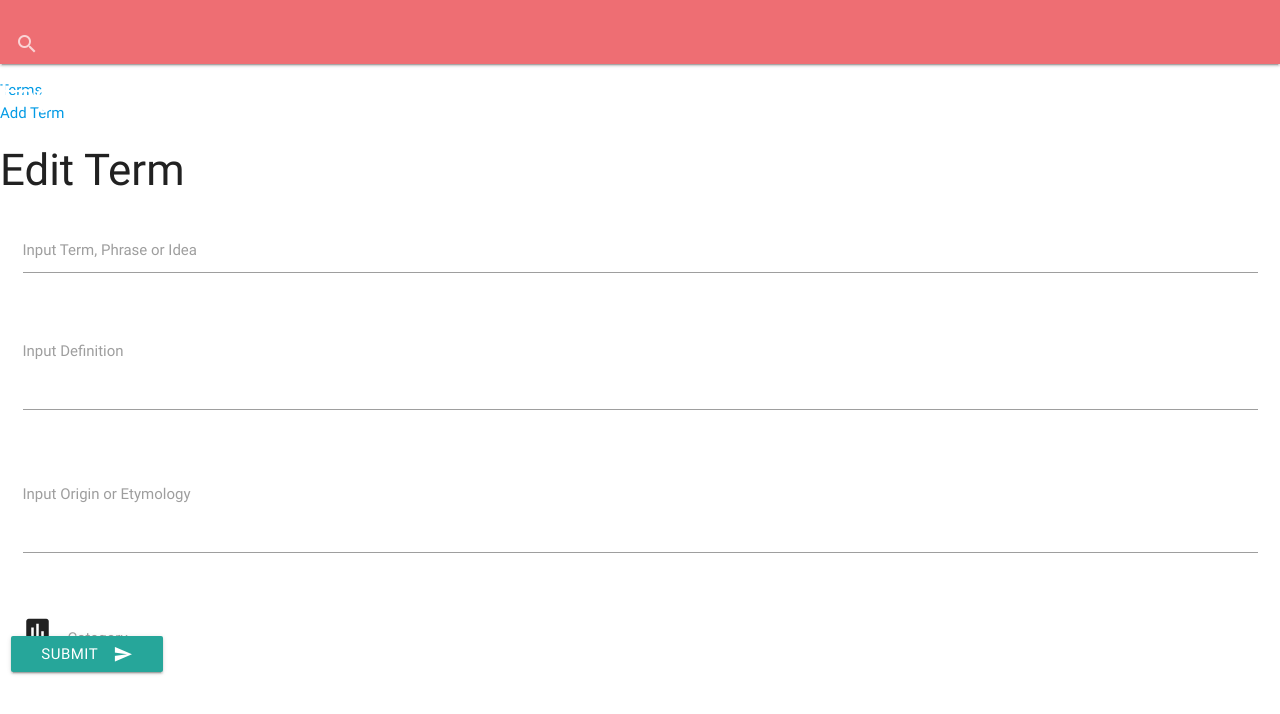
Repository: kalkiboru111/irish-dictionary-of-received-ideas
Page: templates/editterm.html
The author's editor kept a record of every edit. The page is drawn from the files as they stood at one moment, then again after the next edit.
The browser window is 1280 px wide. The pictures show the whole page.
Some web libraries are served in a nearby version. The page is served by the project's application, run on Flask 3 (app.py). The template is opened directly, without the code that normally fills it, so the values that code supplies are empty.

Above is the page before.

### templates/editterm.html
{% extends 'base.html' %} {% block content %}

<h3>Edit Term</h3>
<div class="row">
  <form action="{{ url_for('insert_term') }}" method='POST' class="col s12">
    <div class="row">
      <div class="input-field col s12">
        <input id="term_name" name="term_name" type="text" data-length="15">
        <label for="term_name">Input Term, Phrase or Idea</label>
      </div>
    </div>
    <div class="row">
      <div class="input-field col s12">
        <textarea id="term_definition" name="term_definition" class="materialize-textarea" data-length="120"></textarea>
        <label for="term_definition">Input Definition</label>
      </div>
    </div>
    <div class="row">
      <div class="input-field col s12">
        <textarea id="term_origin" name="term_origin" class="materialize-textarea" data-length="120"></textarea>
        <label for="term_origin">Input Origin or Etymology</label>
      </div>
    </div>
    <!-- Materialize select not currently functioning correctly. -->
    <div class="row">
      <div class="input-field col s12">
        <i class="material-icons prefix">poll</i>
        <select id="category" name="category_name">
            <option value="Select Category"disabled selected>Select Category</option>
            {% for cat in categories %}
            {% if cat.category_name == term.category_name %}
            <option value="{{cat.category_name}}" selected>{{cat.category_name}}</option>
            {% else %}
            <option value="{{cat.category_name}}">{{cat.category_name}}</option>
            {% endif %}
            {% endfor %}
          </select>
        <label>Category</label>
      </div>
    </div>
 <div class="row">
      <button class="btn waves-effect waves-light" type="submit" name="action">Submit
          <i class="material-icons right">send</i>
        </button>
    </div>

  </form>
</div>

{% endblock %}

### templates/base.html
<!DOCTYPE html>
<html>

<head>
    <link href="https://fonts.googleapis.com/icon?family=Material+Icons" rel="stylesheet">
    <link rel="stylesheet" href="https://cdnjs.cloudflare.com/ajax/libs/materialize/0.100.2/css/materialize.min.css">
    <link rel="stylesheet" href="{{url_for('static', filename='css/style.css')}}" type="text/css" />
</head>

<body>
    <nav>
        <div class="nav-wrapper">
            <form>
                <div class="input-field">
                    <input id="search" type="search" required>
                    <label class="label-icon" for="search"><i class="material-icons">search</i></label>
                    <i class="material-icons">close</i>
                </div>
            </form>
            <a href="#!" class="brand-logo">Logo</a>
            <a href="#" data-target="mobile-demo" class="sidenav-trigger"><i class="material-icons">menu</i></a>

            <ul class="right hide-on-med-and-down">
                <li><a href="terms.html">Terms</a></li>
                <li><a href="add_term.html">Add Term</a></li>
            </ul>
        </div>
    </nav>
    <ul class="sidenav" id="mobile-demo">
        <li><a href="terms.html">Terms</a></li>
        <li><a href="add_term.html">Add Term</a></li>
    </ul>

    {% block content %} {% endblock %}
    <script src="https://cdnjs.cloudflare.com/ajax/libs/jquery/3.2.1/jquery.min.js"></script>
    <script src="https://cdnjs.cloudflare.com/ajax/libs/materialize/0.100.2/js/materialize.min.js">
        $(document).ready(function() {
            $('.sidenav').sidenav();
            $('select').formSelect();
        });
    </script>

</body>

</html>

### app.py
import os
from flask import Flask, render_template, redirect, request, url_for
from flask_pymongo import PyMongo
from bson.objectid import ObjectId

app = Flask(__name__)

app.config['MONGO_DBNAME'] = 'irish_dictionary'
app.config["MONGO_URI"] = os.getenv("MONGO_URI")

mongo = PyMongo(app)

@app.route('/')

# View directs user to terms page
@app.route('/get_terms')
def get_terms():
    return render_template("terms.html",
    terms=mongo.db.terms.find())

@app.route('/add_term')
def add_term():
    return render_template("add_term.html",
    categories=mongo.db.categories.find())

@app.route('/insert_term', methods=['POST'])
def insert_term():
    terms = mongo.db.terms
    terms.insert_one(request.form.to_dict())
    return redirect(url_for('get_terms'))

@app.route('/editterm/<term_id>')
def editterm(term_id):
    the_term =  mongo.db.terms.find_one({"_id": ObjectId(term_id)})
    all_categories =  mongo.db.categories.find()
    return render_template('editterm.html', term=the_term,
                           categories=all_categories)

if __name__ == '__main__':
    app.run(host=os.environ.get('IP'),
            port=int(os.environ.get('PORT')),
            debug=True)

### static/css/style.css
/* body {
    background-color: red;
} */

After the next edit:
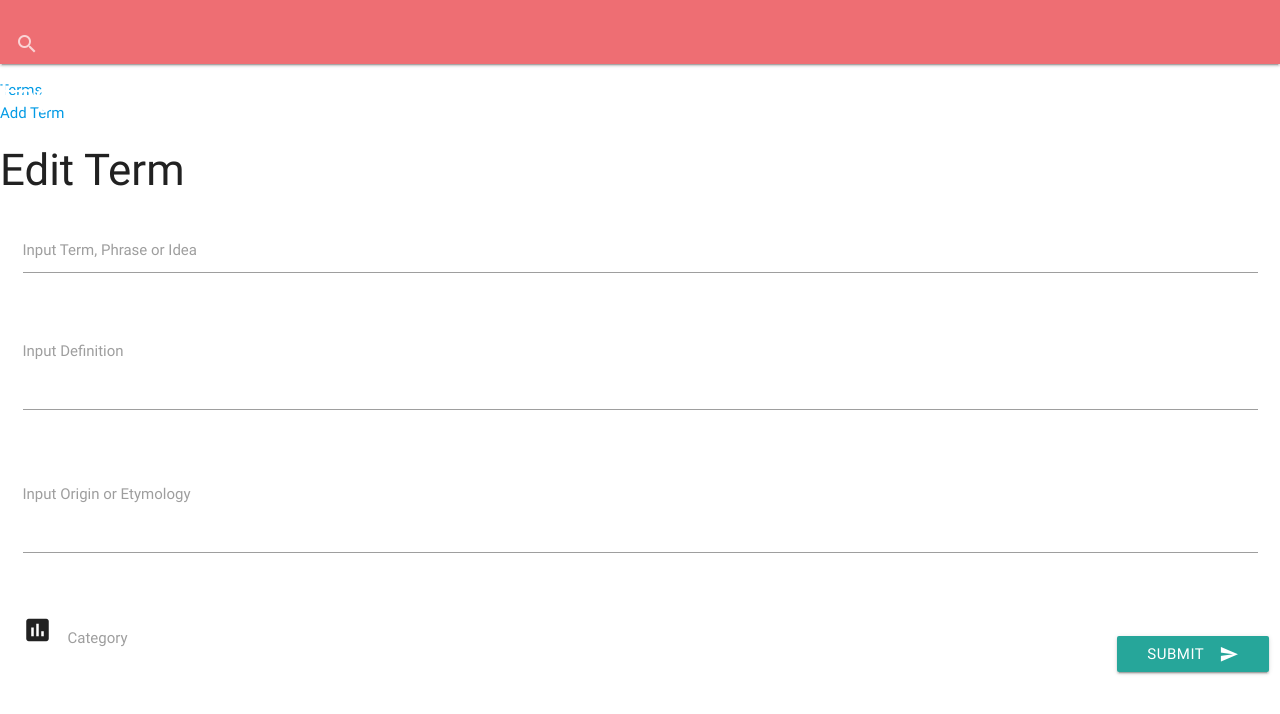
The edit:
--- a/templates/editterm.html
+++ b/templates/editterm.html
@@ -39,7 +39,7 @@
       </div>
     </div>
  <div class="row">
-      <button class="btn waves-effect waves-light" type="submit" name="action">Submit
+      <button class="btn waves-effect waves-light right" type="submit" name="action">Submit
           <i class="material-icons right">send</i>
         </button>
     </div>
